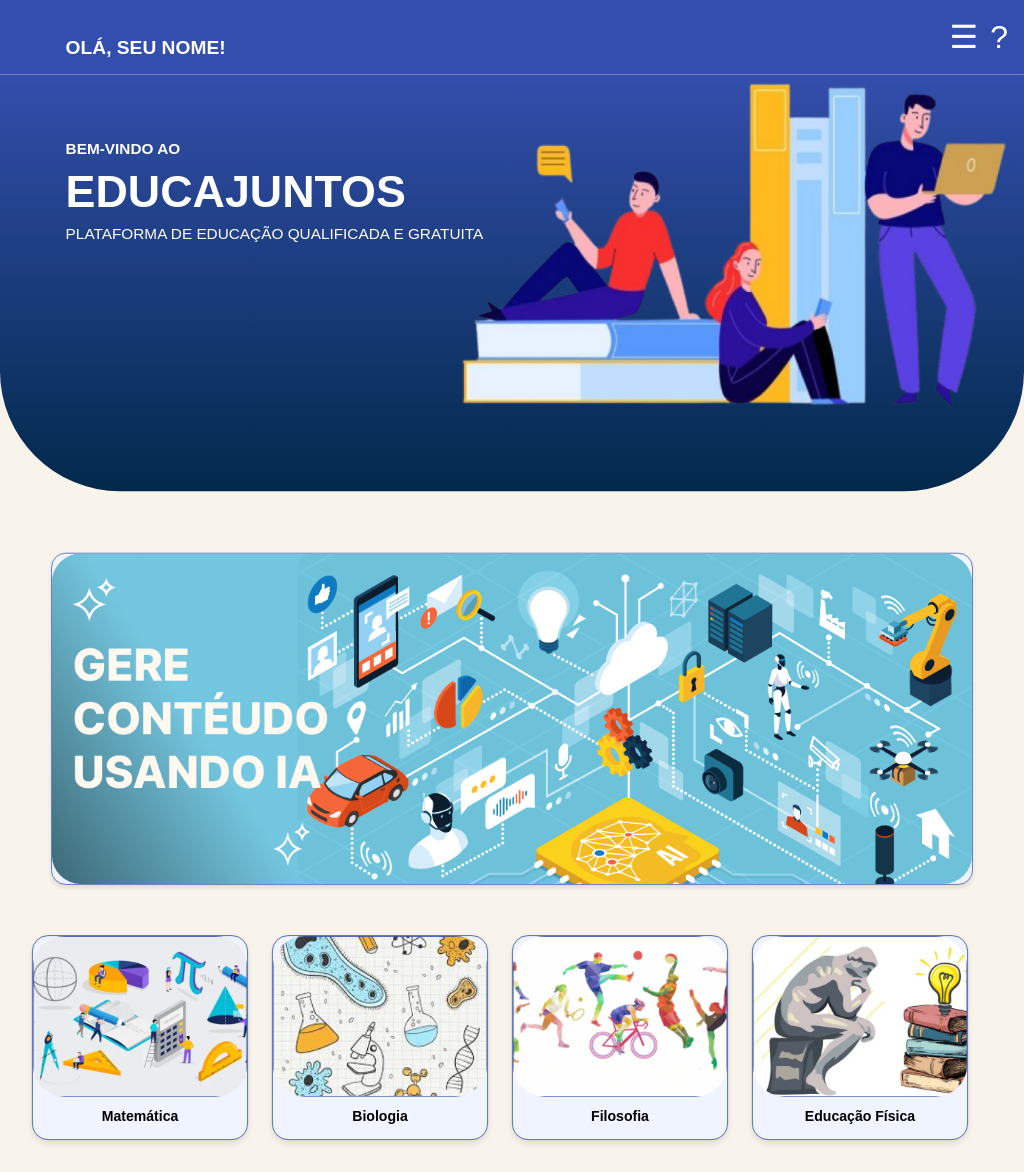
Repository: Matheus904-12/EDUCAJUNTOS
Page: inicio/index.html
The author's editor kept a copy of each file at every save. The page is drawn from the files as they stood at one save, then again after the next save.
The browser window is 1280 px wide. The pictures show the whole page, at 80% of full size.

Above is the page before, as saved 2024-10-28 19:57:06.

### inicio/index.html
<!DOCTYPE html>
<html lang="pt-BR">

<head>
    <meta charset="UTF-8">
    <meta name="viewport" content="width=device-width, initial-scale=1.0">
    <title>Educajuntos</title>
    <link rel="stylesheet" href="style.css">
</head>

<body>
    <header>
        <h1>OLÁ, SEU NOME!</h1>
        <nav>
            <button class="menu-btn">&#9776;</button>
            <button class="help-btn">?</button>
        </nav>
    </header>

    <section class="hero">
        <h2>BEM-VINDO AO</h2>
        <h3>EDUCAJUNTOS</h3>
        <p>PLATAFORMA DE EDUCAÇÃO QUALIFICADA E GRATUITA</p>
        <div class="hero-image">
            <img src="../image/1.png" alt="Imagem ilustrativa de pessoas estudando">
        </div>
    </section>

    <br>
    <br>
    <br>

    <main>

        <div class="category-card large">
            <img src="../image/7.png" alt="IA">
        </div>

        <section class="categories">
            <div class="category-card">
                <img src="../image/2.png" alt="Matemática">
                <p>Matemática</p>
                <br>
            </div>
            <div class="category-card">
                <img src="../image/3.png" alt="Biologia">
                <p>Biologia</p>
                <br>
            </div>
            <div class="category-card">
                <img src="../image/6.png" alt="Filosofia">
                <p>Filosofia</p>
                <br>
            </div>
            <div class="category-card">
                <img src="../image/5.png" alt="Educação Física">
                <p>Educação Física</p>
                <br>
            </div>
        </section>
    </main>

    <script src="script.js"></script>
</body>

</html>

### inicio/style.css
* {
    margin: 0;
    padding: 0;
    box-sizing: border-box;
    font-family: Arial, sans-serif;
}

body {
    background-color: #F8F4EB;
    color: #333;
}

header {
    background-color: #334EAC;
    color: #fff;
    padding: 20px;
    display: flex;
    justify-content: space-between;
    align-items: center;
}

header h1 {
    font-size: 1.5em;
    margin-left: 5%;
    margin-top: 2%;
}

nav {
    display: flex;
    gap: 15px;
}

.menu-btn,
.help-btn {
    background: none;
    border: none;
    color: #fff;
    font-size: 2.5em;
    cursor: pointer;
}

/* Hero Section with Rounded Bottom Borders and Centered Image */
.hero {
    background: linear-gradient( #334EAC, #02294b);
    color: #fff;
    padding: 20px 20px;
    border-bottom-left-radius: 150px;
    border-bottom-right-radius: 150px;
    position: relative;
    display: flex;
    flex-direction: column;
    align-items: flex-start;
    overflow: hidden;

}

.hero h2 {
    font-size: 1.2em;
    margin-bottom: 10px;
    font-weight: bold;
    margin-left: 5%;
    margin-top: 5%;
}

.hero h3 {
    font-size: 3.5em;
    margin-bottom: 10px;
    font-weight: bold;
    margin-left: 5%;
}

.hero p {
    font-size: 1.2em;
    margin-bottom: 20px;
    margin-left: 5%;
}

.hero-image {
    display: flex;
    margin-left: 40%;
    width: 782px;
    height: 580px;
    margin-top: -25%;
}

.hero-image img {
    width: 100%;
    height: auto;
    border-radius: 0 0 150px 150px;
}

/* Categories Section */
.categories {
    display: grid;
    grid-template-columns: repeat(4, 1fr);
    gap: 0px;
    padding: 40px;
}

.category-card {
    background-color: #F0F4FF; /* Cor de fundo suave */
    border: 1px solid #334EAC; /* Contorno azul */
    border-radius: 20px;
    text-align: center;
    box-shadow: 0px 4px 8px rgba(0, 0, 0, 0.1);
    width: 90%;
    height: 100%;

}

.category-card img {
    width: 100%;
    border-radius: 40px;
    margin-top: 0px;
}

.category-card p {
    margin-top: 10px;
    font-size: 1.1em;
    font-weight: bold;
    color: #000000;
}

/* Ajuste do card para o modo grande */
.category-card.large {
    grid-column: span 2;
    display: flex;
    justify-content: center;
    align-items: center;
    font-size: 1.5em;
    font-weight: bold;
    width: 100%;
    transform: scale(90%);
    border
}

### inicio/script.js
document.addEventListener('DOMContentLoaded', () => {
    const menuButton = document.querySelector('.menu-btn');
    const dropdownMenu = document.querySelector('.dropdown-menu');

    menuButton.addEventListener('click', () => {
        dropdownMenu.style.display = dropdownMenu.style.display === 'block' ? 'none' : 'block';
    });

    // Fecha o menu dropdown ao clicar fora dele
    document.addEventListener('click', (event) => {
        if (!menuButton.contains(event.target) && !dropdownMenu.contains(event.target)) {
            dropdownMenu.style.display = 'none';
        }
    });
});

After the next save:
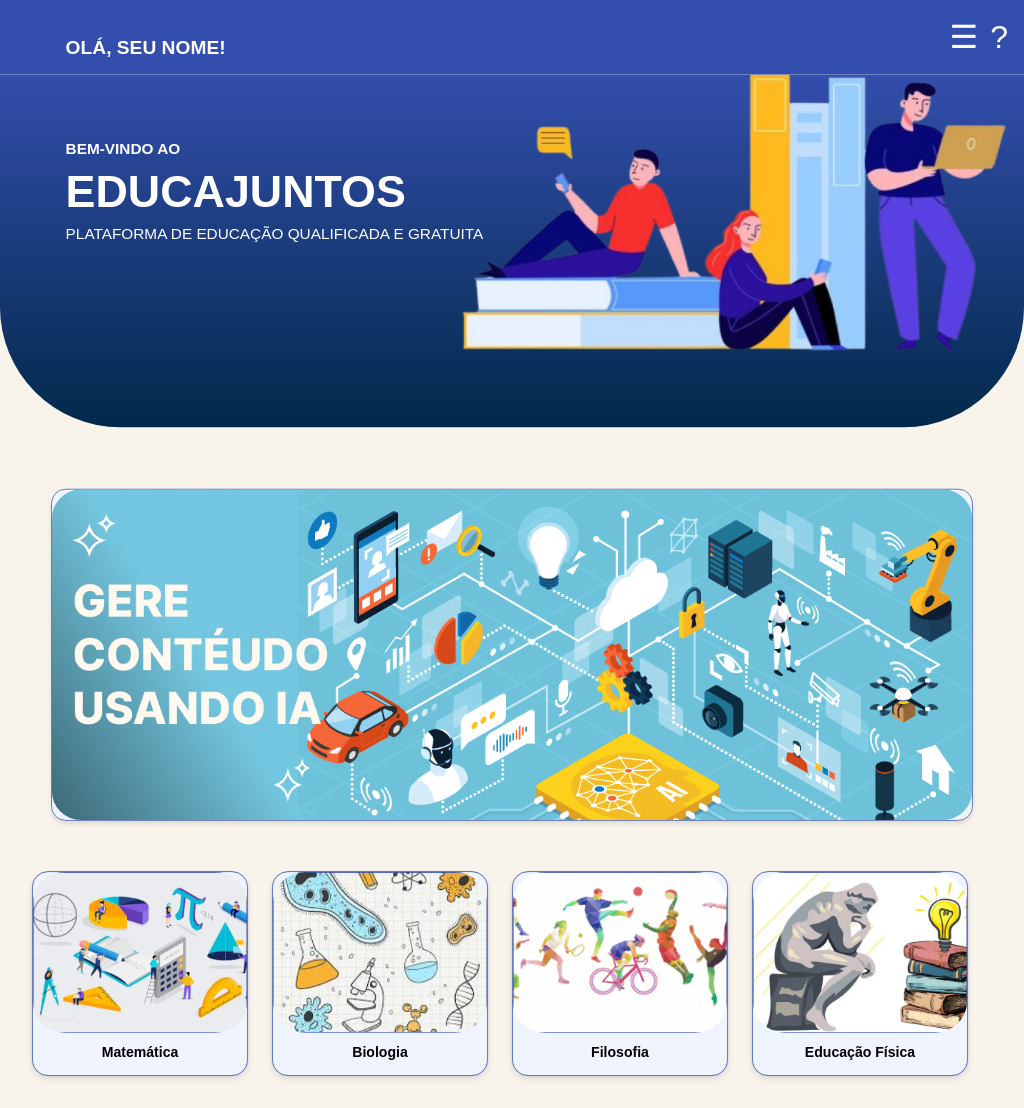
Saved 32 s later.
--- a/inicio/style.css
+++ b/inicio/style.css
@@ -79,7 +79,7 @@ nav {
     display: flex;
     margin-left: 40%;
     width: 782px;
-    height: 580px;
+    height: 500px;
     margin-top: -25%;
 }
 
